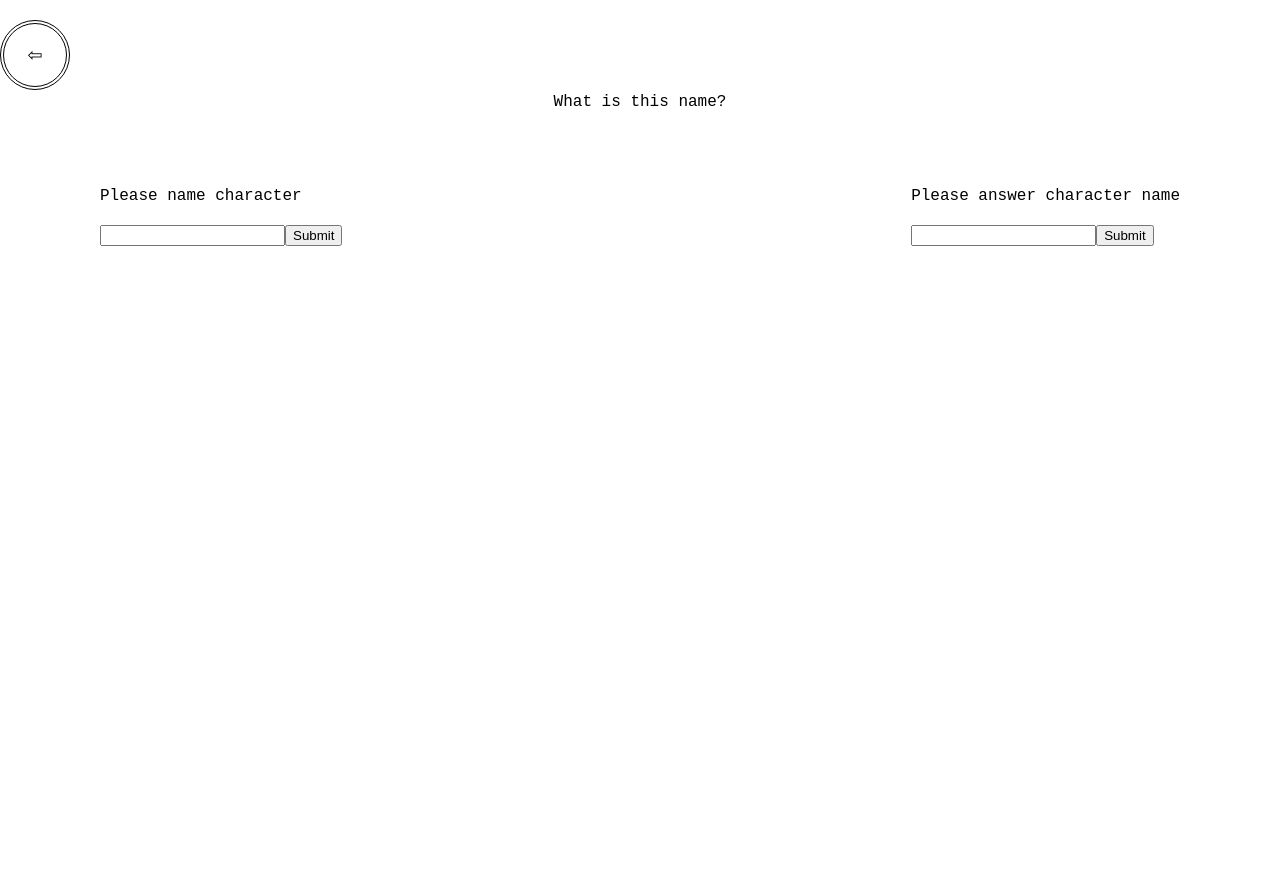
Repository: Mush-s/Folio-OX
Page: /nanmon
An editor plug-in stored every save of this project. The page is shown before and after the next save, followed by the edit.
The browser window is 1280 px wide. The pictures show the whole page.
The page's requests for data from a server got no answer. The project was rebuilt for these pictures with package versions that can differ from the ones it lists, and the page was loaded fresh each time. No one was signed in, and anything a server would have sent is missing. Also part of the build but not shown: src/TicTacToe/AfterGame/AfterGame.css, src/TicTacToe/AfterGame/AfterGame.js, src/TicTacToe/Game/Cell.css, src/TicTacToe/Game/Cell.js, src/TicTacToe/Patterns/Pattern.js, src/TicTacToe/Game/GameButtons/GameButtons.css, src/TicTacToe/Game/GameButtons/GameButtons.js, src/TicTacToe/Game/Game.js and 2 more.

Above is the page before, as saved 2022-09-04 22:37:56.

After the next save:
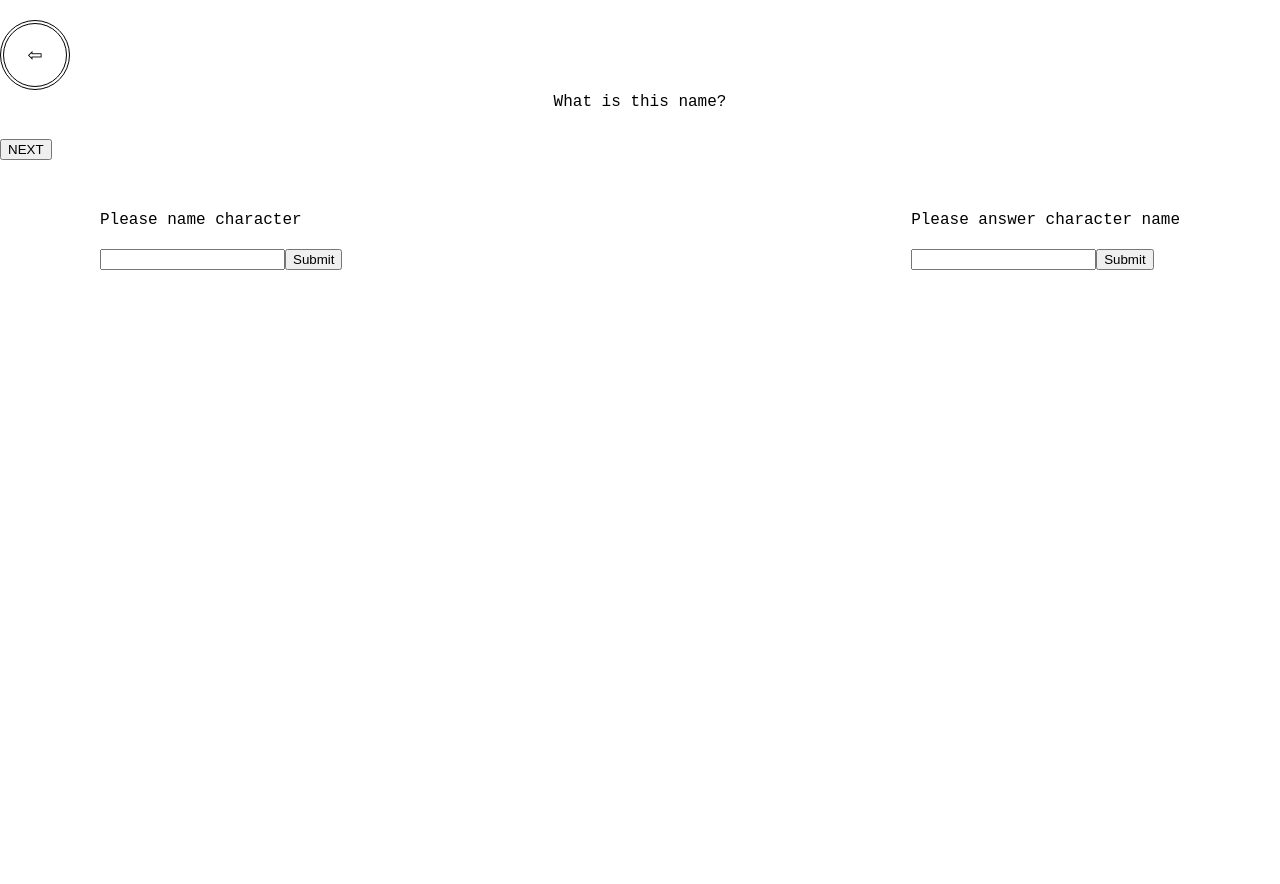
Saved 83 s later.
--- a/src/NanMon/Game/Game1.js
+++ b/src/NanMon/Game/Game1.js
@@ -36,6 +36,7 @@
     <div className="game">
       <Back />
       <Character char={char} />
+      <button>NEXT</button>
       <div className="inputs">
         <form className="make-character" onSubmit={namedHandler}>
           <p>Please name character</p>

After the save that followed:
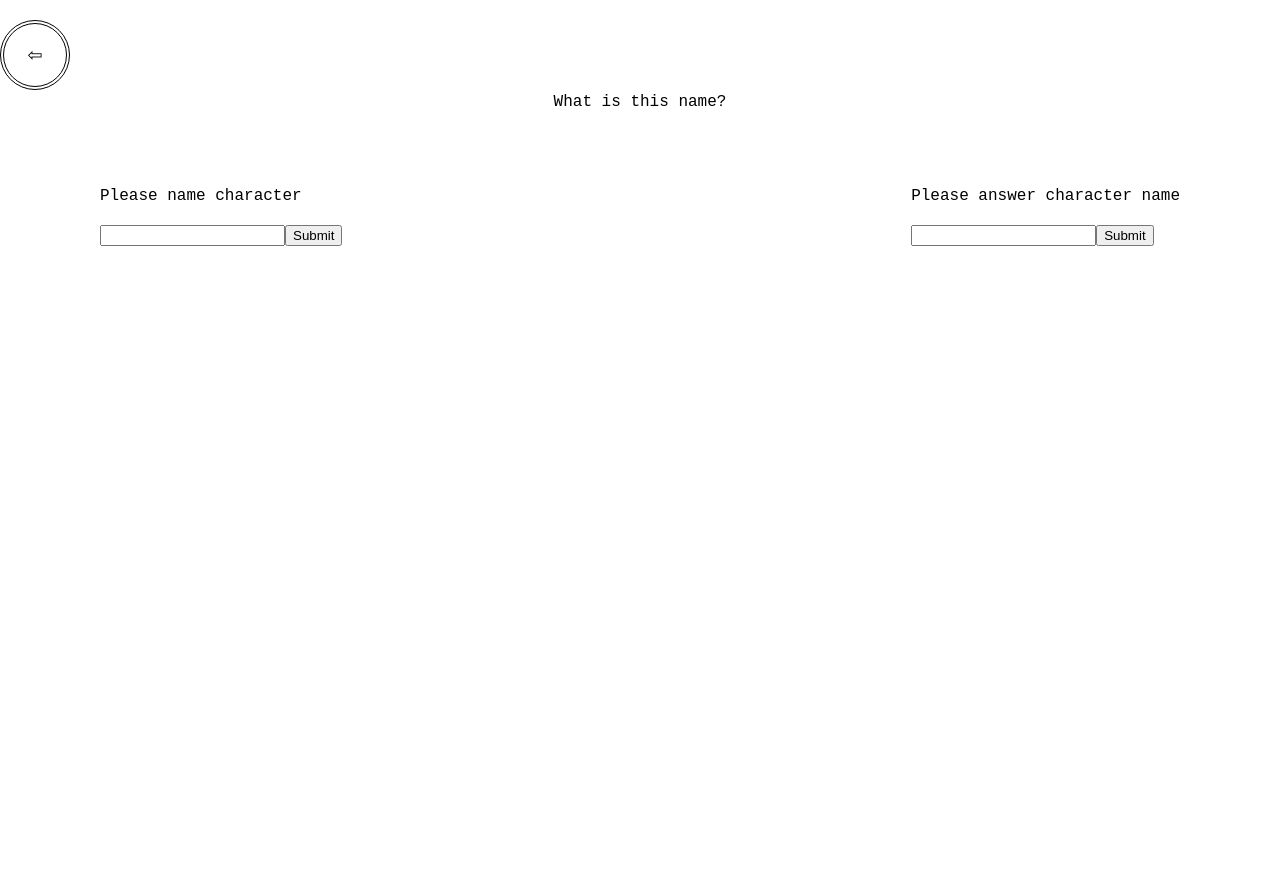
Saved 32 s later.
--- a/src/NanMon/Game/Game1.js
+++ b/src/NanMon/Game/Game1.js
@@ -36,7 +36,6 @@
     <div className="game">
       <Back />
       <Character char={char} />
-      <button>NEXT</button>
       <div className="inputs">
         <form className="make-character" onSubmit={namedHandler}>
           <p>Please name character</p>
